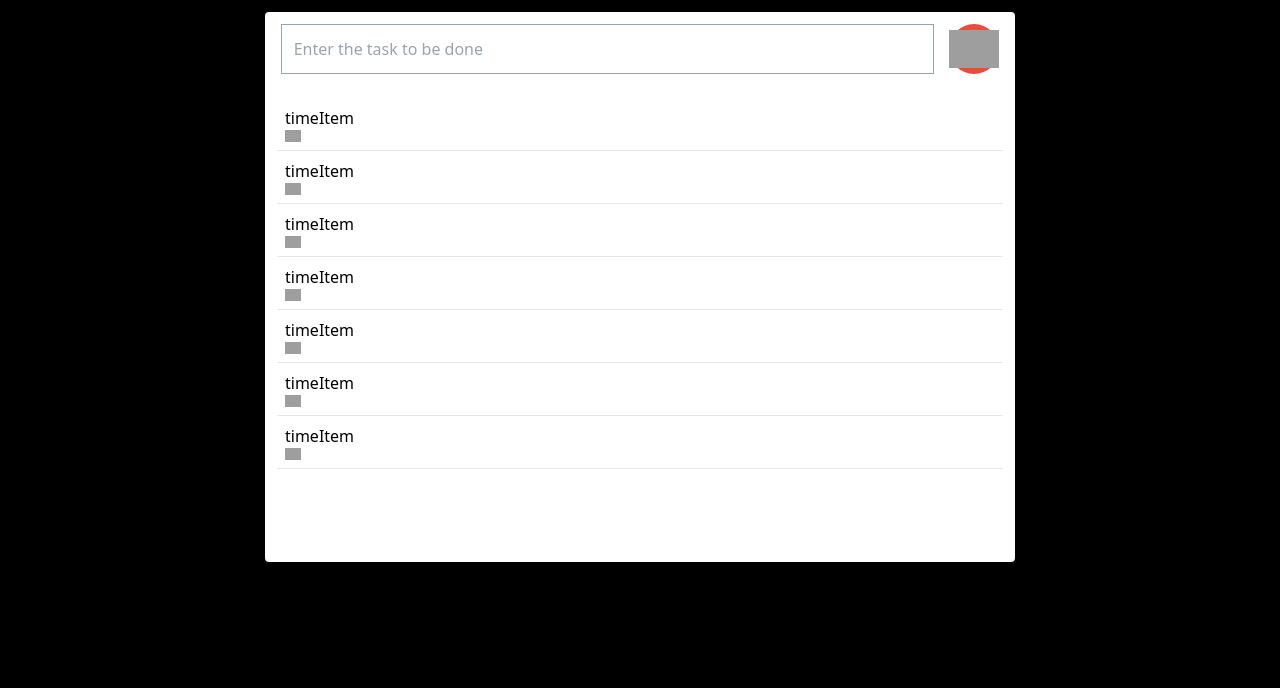
Repository: duttasayan835/todo-app-with-React-and-tailwind-CSS
Page: /, after clicking the first element matching `div.cursor-pointer`
An editor plug-in stored every save of this project. The page is shown before and after the next save, followed by the edit.
The browser window is 1280 px wide. The pictures show the whole page.
Pictures or frames that could not be fetched are drawn as grey boxes. The project was rebuilt for these pictures with package versions that can differ from the ones it lists, and the page was loaded fresh each time.

Above is the page before, as saved 2024-06-12 13:04:36.

After the next save:
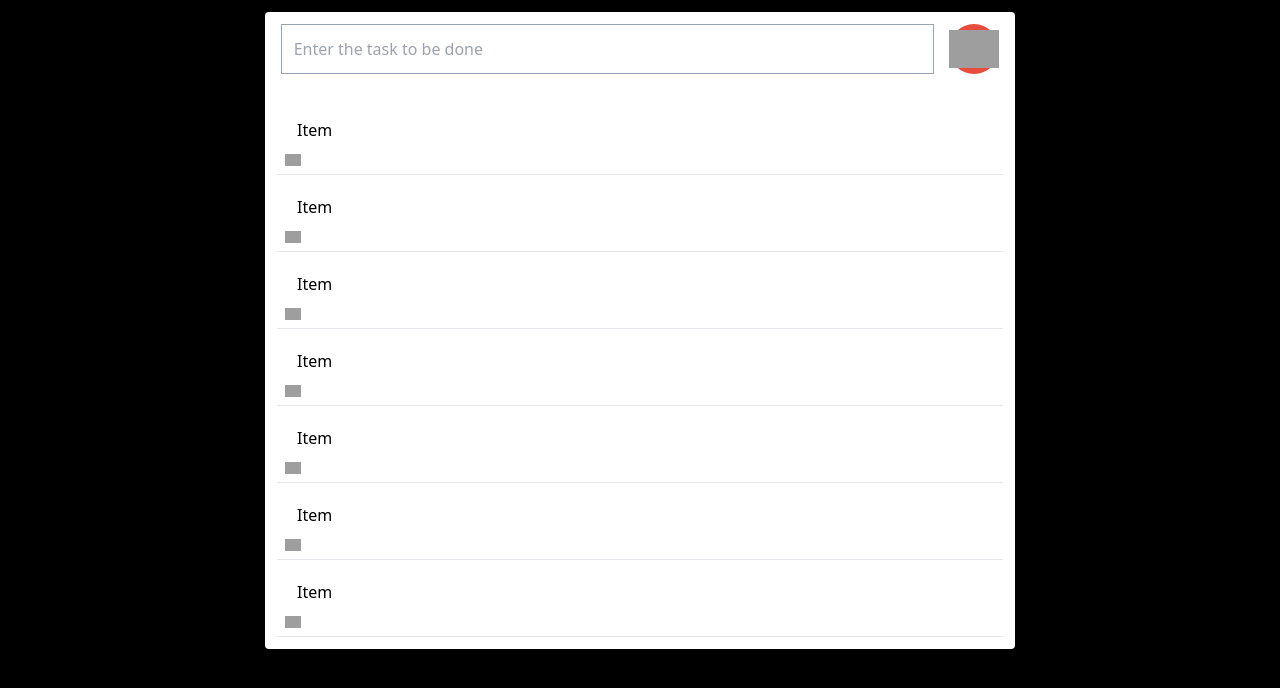
Saved 105 s later.
--- a/src/Components/Item.jsx
+++ b/src/Components/Item.jsx
@@ -3,8 +3,7 @@ import React from "react";
 export default function Item() {
   return (
     <div className="w-full p-2 border-b">
-      <div>
-        <span>time</span>
+      <div className="flex justify-between p-3  border-3">
         <span>Item</span>
       </div>
       <div>
